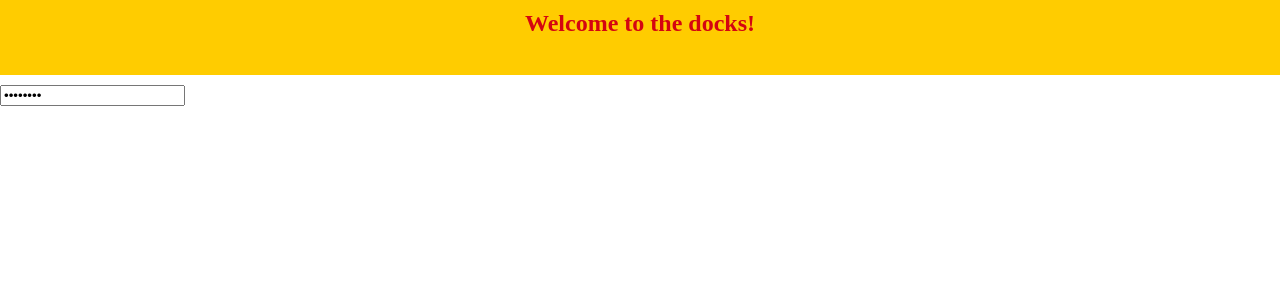
Repository: charliejp0311/java-final-proj
Page: dockWalk-frontend/index.html
The author's editor kept a copy of each file at every save. The page is drawn from the files as they stood at one save, then again after the next save.
The browser window is 1280 px wide. The pictures show the whole page.

Above is the page before, as saved 2020-09-02 10:05:26.

After the next save:
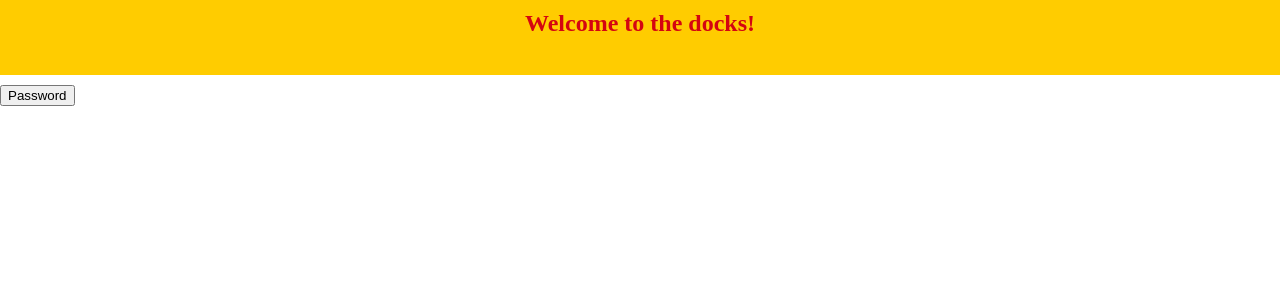
Saved 51 s later.
--- a/dockWalk-frontend/src/user.js
+++ b/dockWalk-frontend/src/user.js
@@ -15,6 +15,8 @@ let displayLogin = () =>{
     frm.appendChild(inpt)
     inpt.type = 'password'
     inpt.value = 'Password'
+    frm.appendChild(inpt)
+    inpt.type = 'submit'
     frm.appendChild(inpt)
     body.appendChild(frm)
 
